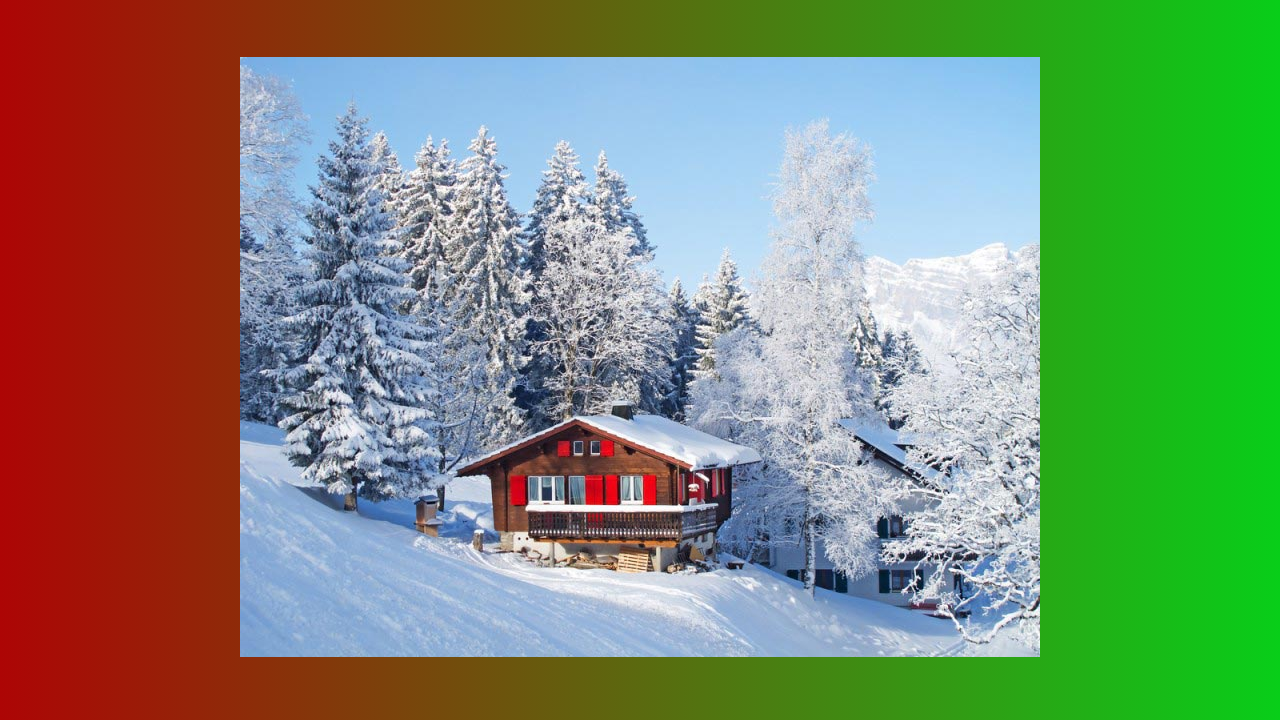
Repository: dev-ashik/Halloween
Page: Reg Page/Index.html
An editor plug-in stored every save of this project. The page is shown before and after the next save, followed by the edit.
The browser window is 1280 px wide. The pictures show the whole page.

Above is the page before, as saved 2021-12-21 21:45:10.

After the next save:
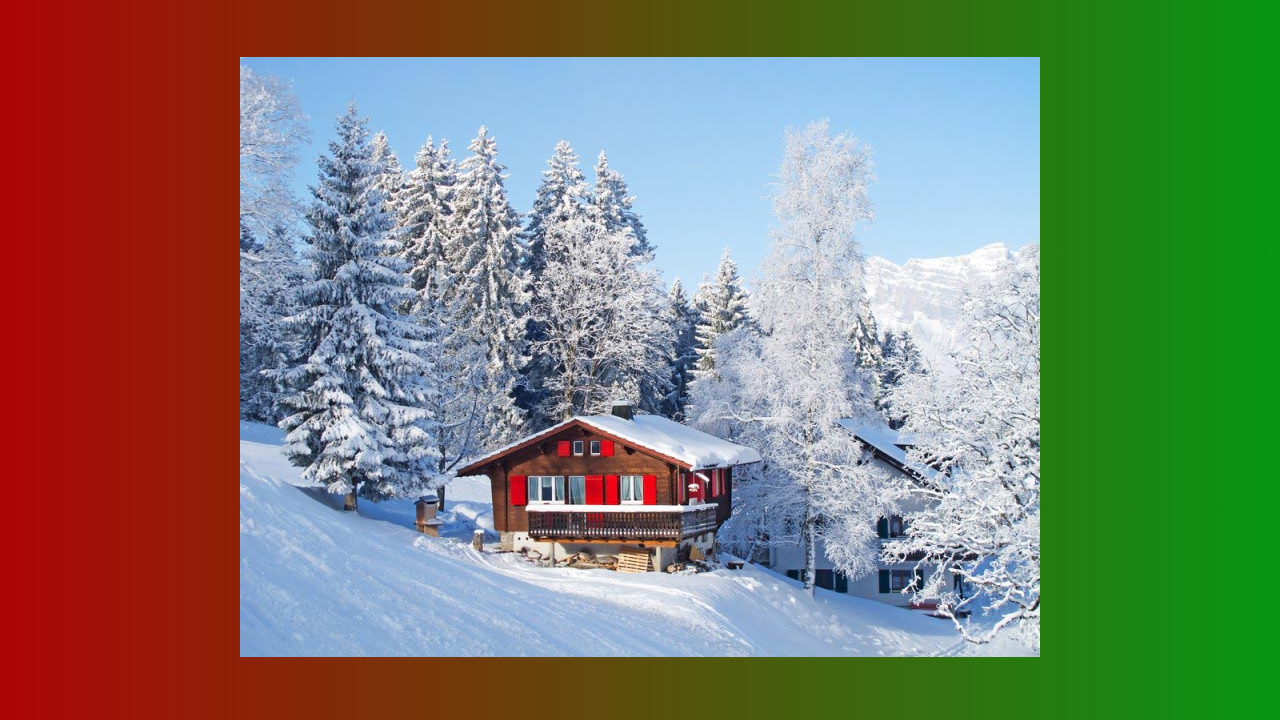
Saved 9 s later.
--- a/Reg Page/CSS/main.css
+++ b/Reg Page/CSS/main.css
@@ -13,7 +13,7 @@ body {
     height: 100vh;
     width: 100%;
     place-items: center;
-    background: linear-gradient(to right, #ad0505 0%, #08ce19 100%);
+    background: linear-gradient(to right, #ad0505 0%, #069612 100%);
 }
 
 ::selection {
